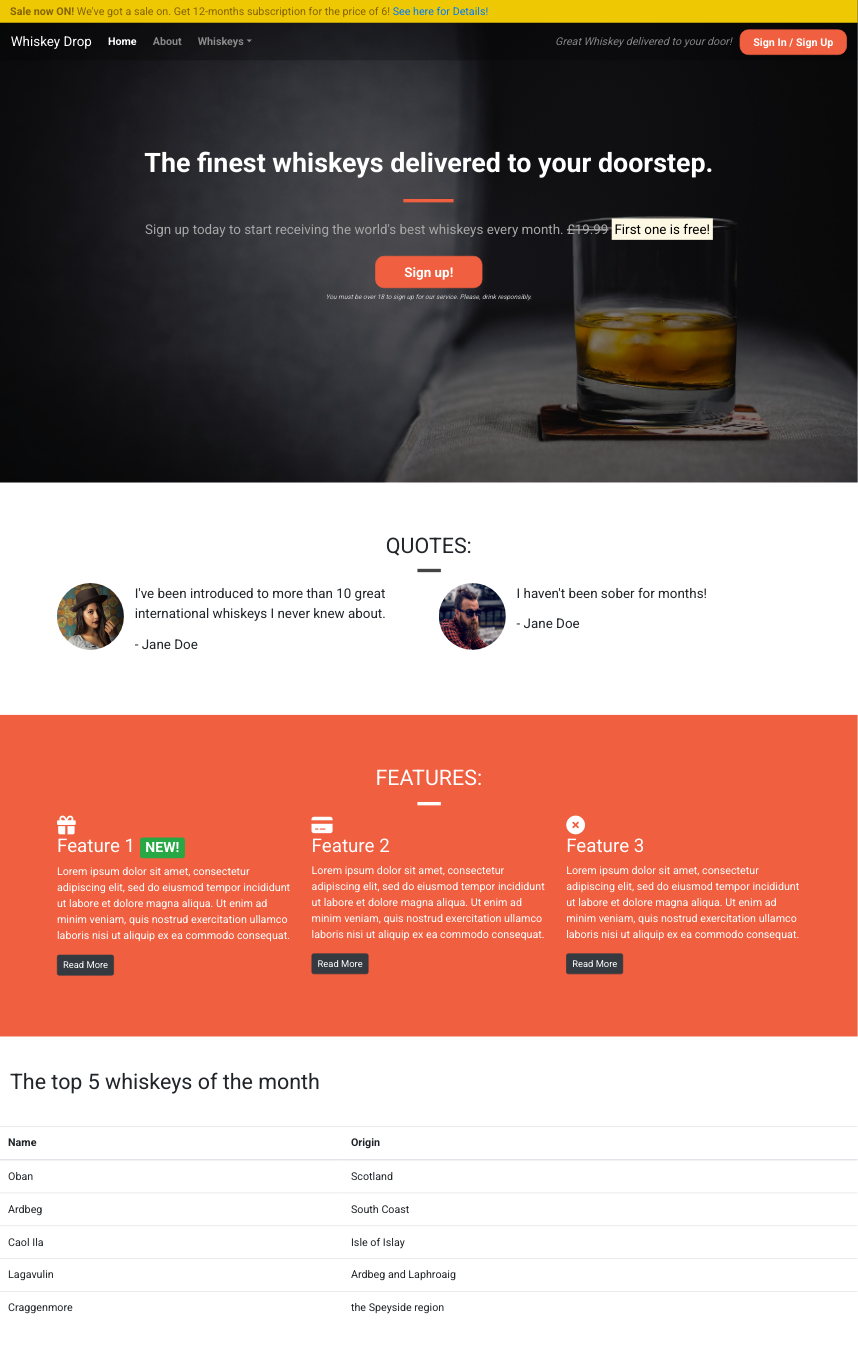
Repository: hidayatmansuri/BootStrap
Page: index.html
The author's editor kept a record of every edit. The page is drawn from the files as they stood at one moment, then again after the next edit.
The browser window is 1280 px wide. The pictures show the whole page, at 67% of full size.
Backgrounds fixed to the window are drawn as part of the page. Some web libraries are served in a nearby version.

Above is the page before.

After the next edit:
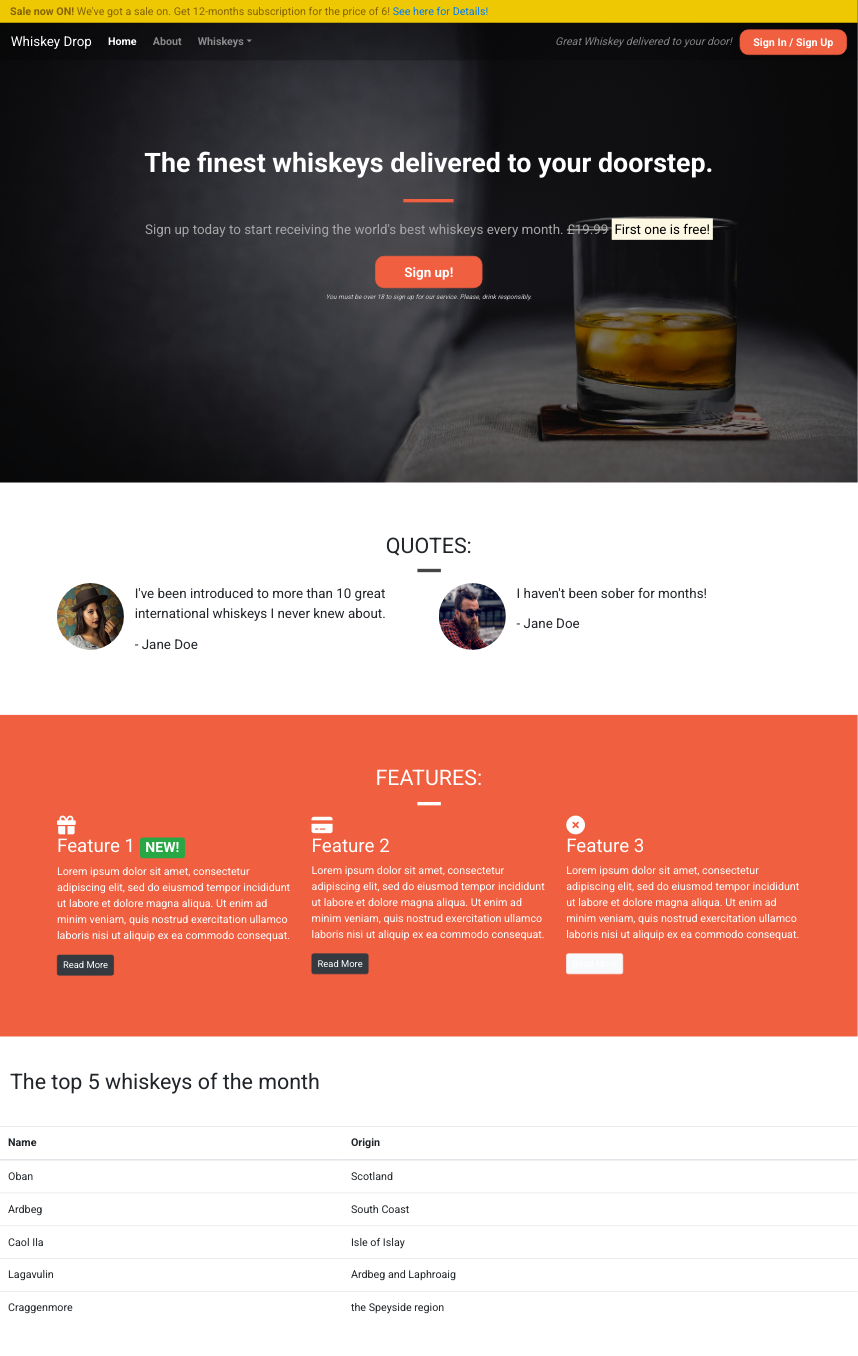
The edit:
--- a/index.html
+++ b/index.html
@@ -143,7 +143,7 @@
                         <div class="feature">
                             <h3><i class="fas fa-times-circle d-none d-sm-block"></i> Feature 3</h3>
                             <p>Lorem ipsum dolor sit amet, consectetur adipiscing elit, sed do eiusmod tempor incididunt ut labore et dolore magna aliqua. Ut enim ad minim veniam, quis nostrud exercitation ullamco laboris nisi ut aliquip ex ea commodo consequat.</p>
-                            <p><a class="btn btn-sm btn-dark">Read More</a></p>
+                            <p><a class="btn btn-sm btn-light">Read More</a></p>
                         </div>
                     </div>
                 </div>
